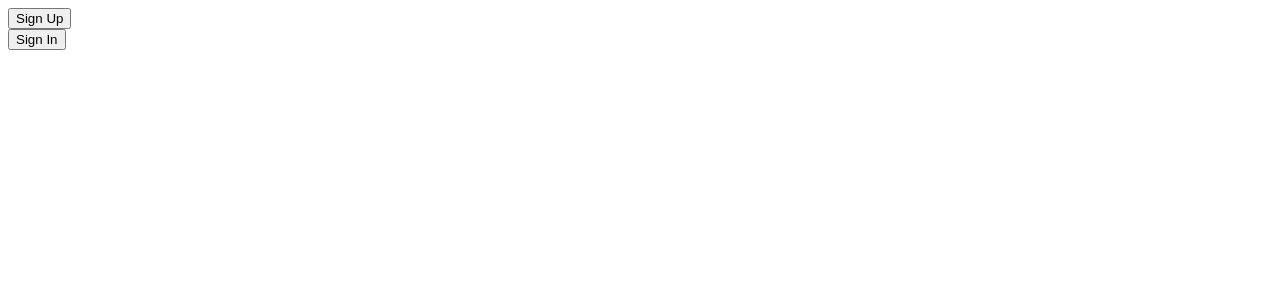
Repository: sunnybhushan/springProject
Page: http://localhost/FormRegistration21/update
An editor plug-in stored every save of this project. The page is shown before and after the next save, followed by the edit.
The browser window is 1280 px wide. The pictures show the whole page.
The page is served by Tomcat 9.

Above is the page before, as saved 2019-05-10 14:12:02.

After the next save:
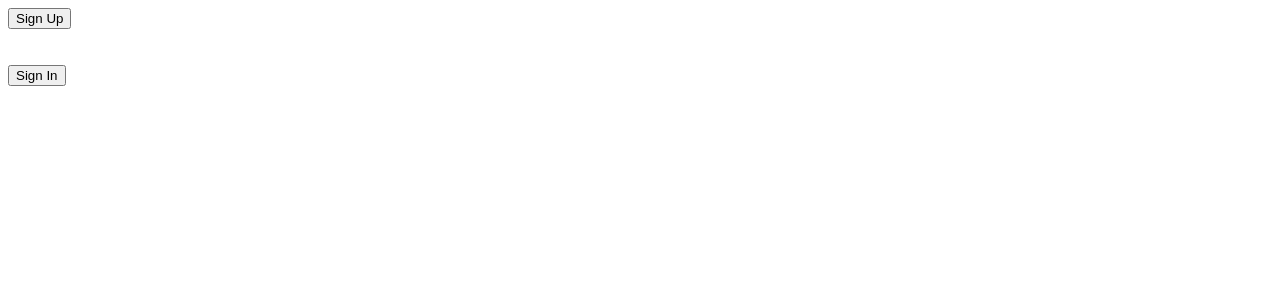
Saved 14 s later.
--- a/FormRegistration21/src/main/webapp/WEB-INF/view/dashboard.jsp
+++ b/FormRegistration21/src/main/webapp/WEB-INF/view/dashboard.jsp
@@ -11,7 +11,7 @@
 <form action="registration" method="get">
     <button type="submit">Sign Up</button>
 </form>
-
+<br></br>
 <form action="Login" method="get">
     <button type="submit">Sign In</button>
 </form>
